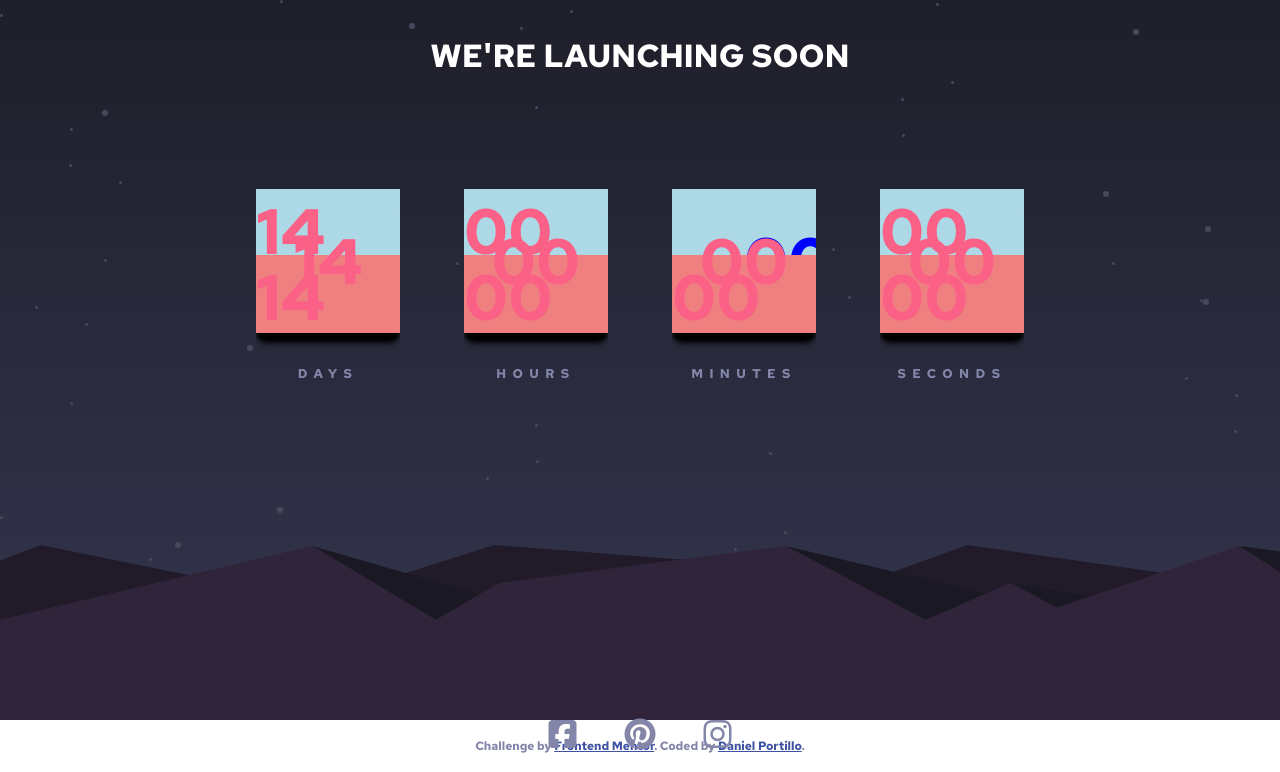
Repository: dportillo23/launch-countdown-timer-main
Page: index.html
An editor plug-in stored every save of this project. The page is shown before and after the next save, followed by the edit.
The browser window is 1280 px wide. The pictures show the whole page.
Some web libraries are served in a nearby version. The style sheet was rebuilt from its Sass, Less or Tailwind sources for each picture, by a compiler version that may differ from the author's.

Above is the page before, as saved 2021-07-02 11:34:57.

After the next save:
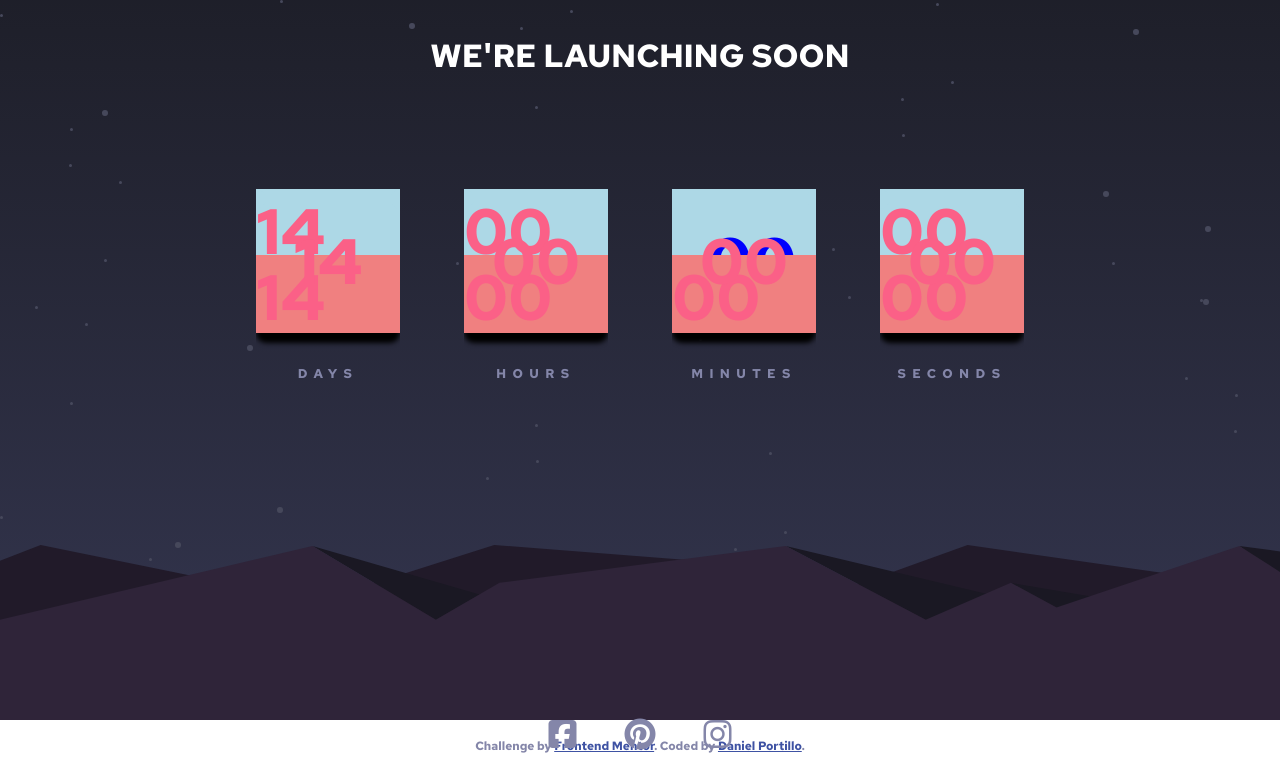
Saved 7 s later.
--- a/style.scss
+++ b/style.scss
@@ -95,7 +95,7 @@ body {
             color: blue;
             position: absolute;
             bottom: -3rem;
-            left: 50%;
+            left: 25%;
             text-align: center;
 
         }
